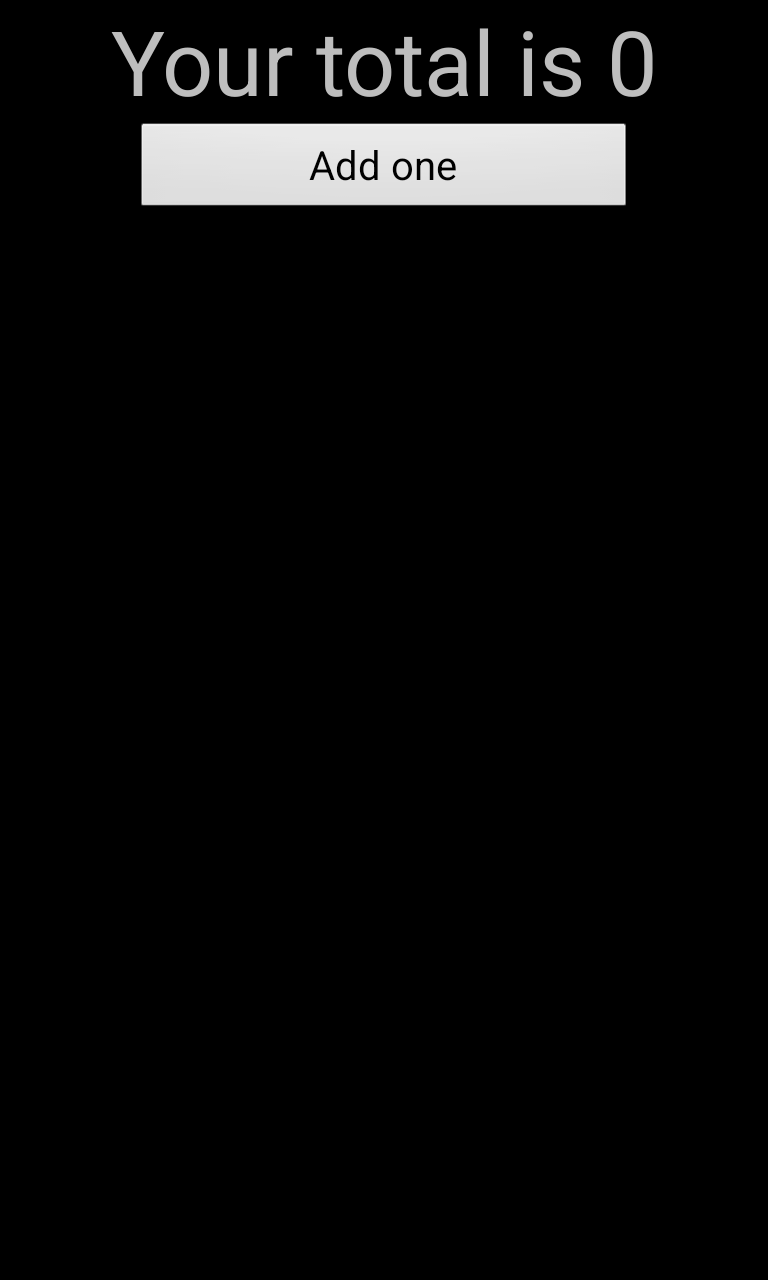
Repository: lcbasu/android
Layout: adt/TheNewBoston/res/layout/activity_starting_point.xml
The author's editor kept a copy of each file at every save. The layout is drawn from the files as they stood at one save, then again after the next save.
It is drawn on a 768 x 1280 px phone screen (xhdpi) without system bars, with theme android:Theme; the app's code is not run.

Above is the layout before, as saved 2014-05-18 04:29:38.

### adt/TheNewBoston/res/layout/activity_starting_point.xml
<?xml version="1.0" encoding="utf-8"?>
<LinearLayout xmlns:android="http://schemas.android.com/apk/res/android"
    android:layout_width="fill_parent"
    android:layout_height="fill_parent"
    android:orientation="vertical" >

    <TextView
        android:layout_width="fill_parent"
        android:layout_height="wrap_content"
        android:text="Your total is 0"
        android:textSize="45sp"
        android:layout_gravity="center"
        android:gravity="center" />
    <Button
        android:layout_width="250dp"
        android:layout_height="wrap_content"
        android:text="Add one"
        android:layout_gravity="center"
        android:textSize="20dp" />

</LinearLayout>

After the next save:
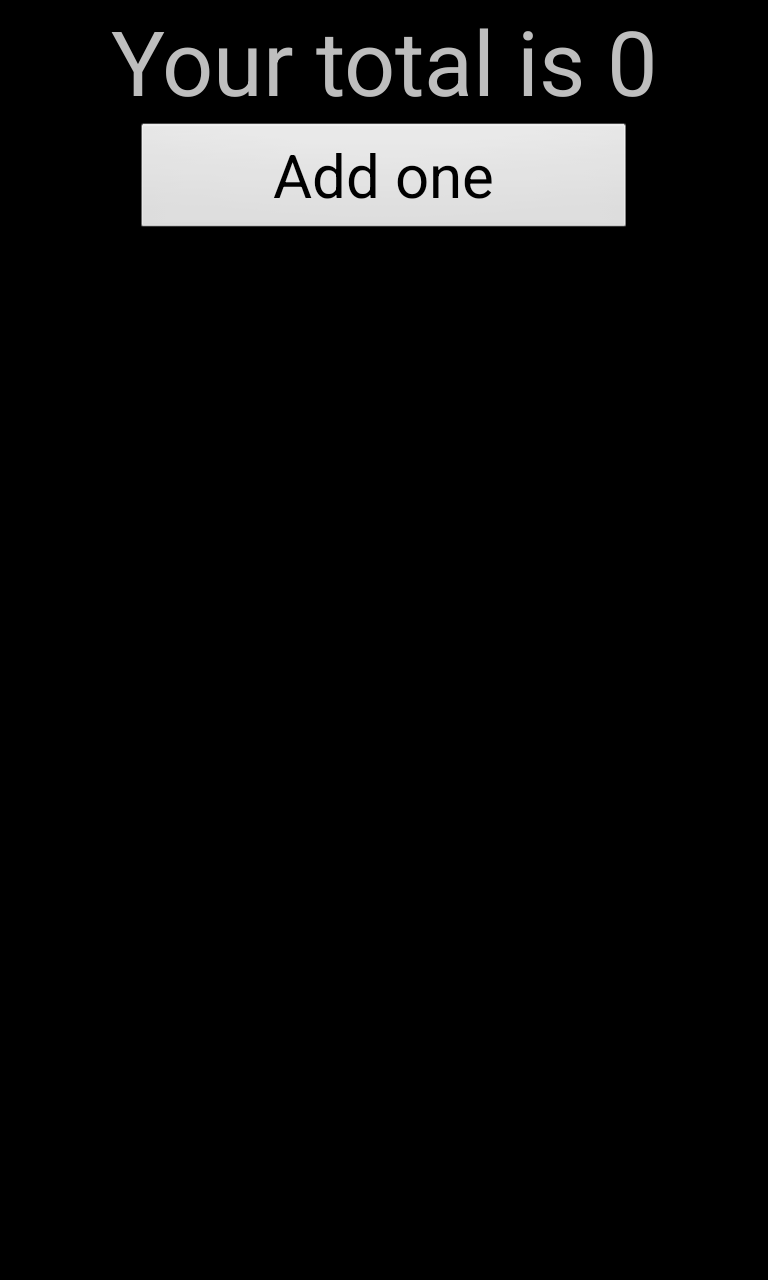
Saved 8 s later.
--- a/adt/TheNewBoston/res/layout/activity_starting_point.xml
+++ b/adt/TheNewBoston/res/layout/activity_starting_point.xml
@@ -16,6 +16,6 @@
         android:layout_height="wrap_content"
         android:text="Add one"
         android:layout_gravity="center"
-        android:textSize="20dp" />
+        android:textSize="30dp" />
 
 </LinearLayout>
